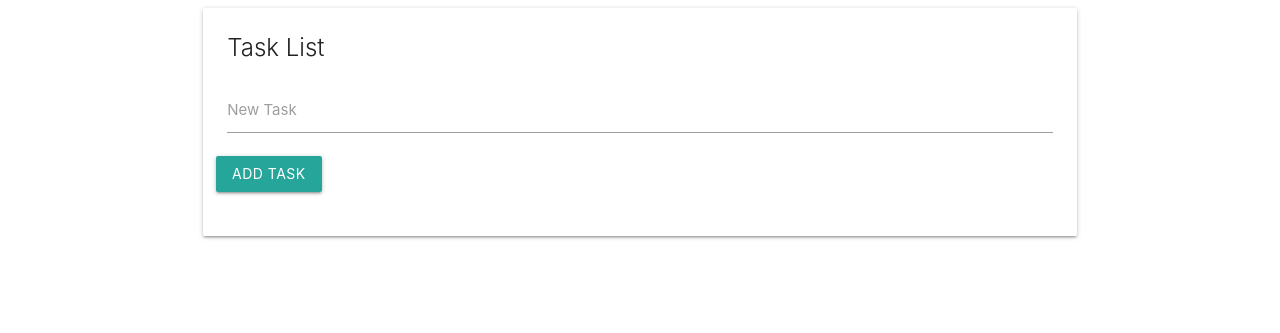
Repository: YasirGaji/Sandbox
Page: index.html
The author's editor kept a copy of each file at every save. The page is drawn from the files as they stood at one save, then again after the next save.
The browser window is 1280 px wide. The pictures show the whole page.

Above is the page before, as saved 2021-12-01 15:17:37.

After the next save:
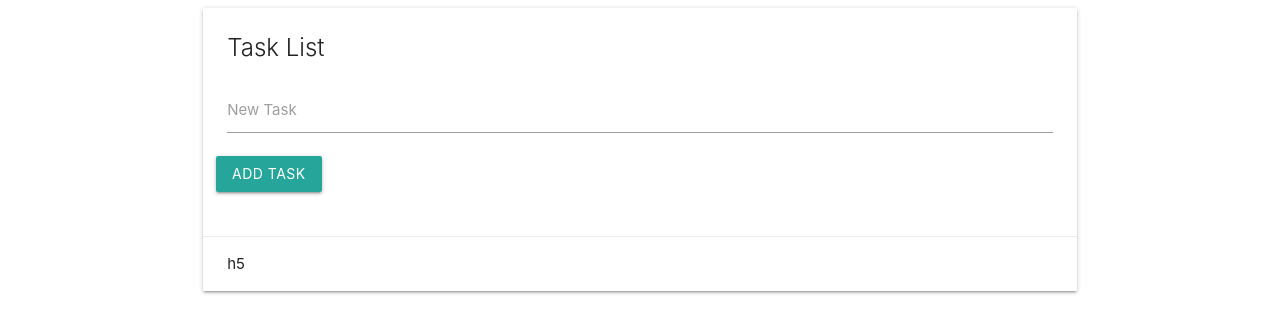
Saved 44 s later.
--- a/index.html
+++ b/index.html
@@ -29,6 +29,10 @@
               </form>
             </div>
           </div>
+
+          <div class="card-action">
+            h5
+          </div>
         </div>
       </div>
     </div>
